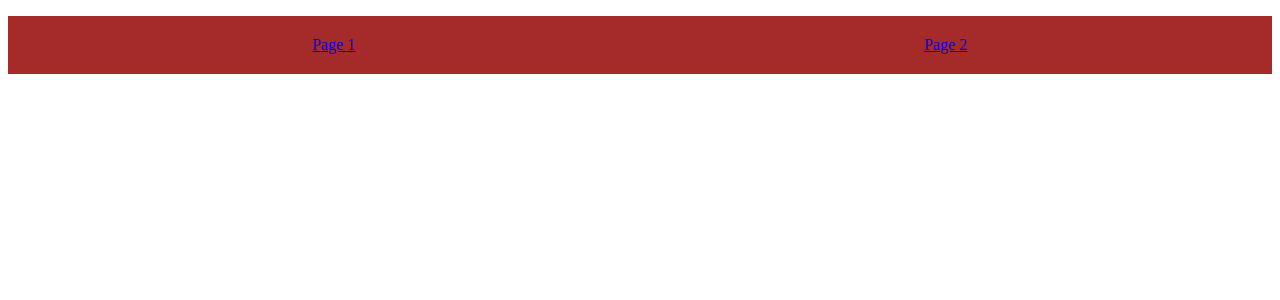
Repository: SabrinaSeydaliyeva/Task-20
Page: pages/homePage/index.html
These files come from the project's save history. The page is drawn as it stood at one moment and after the next save; the edit follows.
The browser window is 1280 px wide. The pictures show the whole page.

Above is the page before, as saved 2023-12-07 16:04:50.

After the next save:
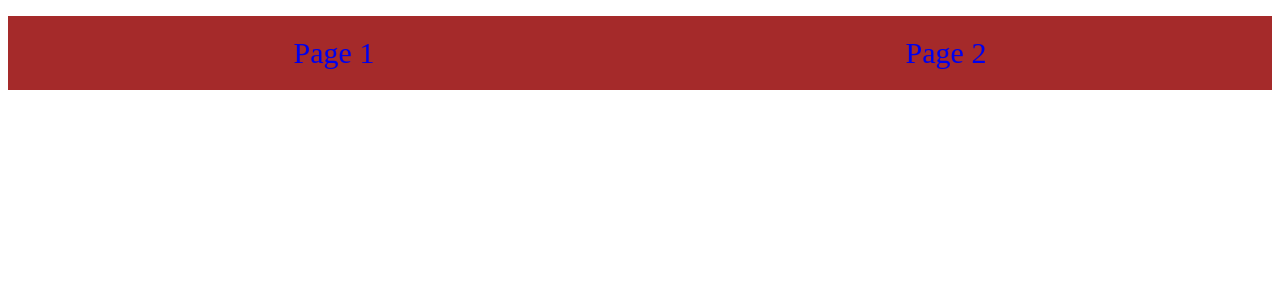
Saved 5 s later.
--- a/pages/homePage/index.html
+++ b/pages/homePage/index.html
@@ -18,7 +18,8 @@
         color: white;
     }
     a{
-        text
+        text-decoration: none;
+        font-size: 30px;
     }
 </style>
 <body>
